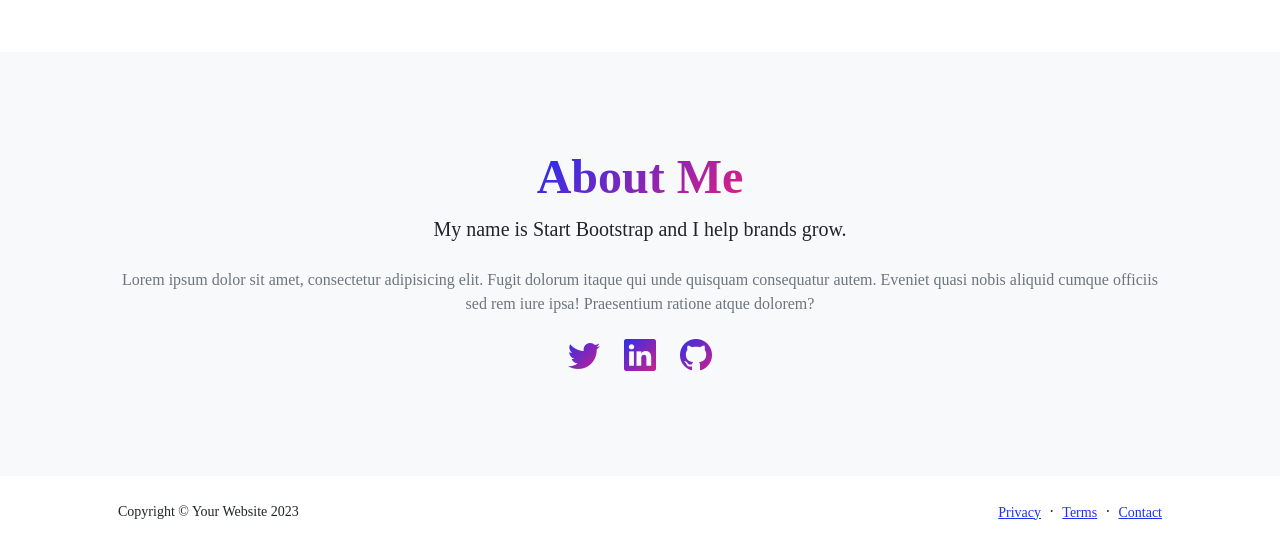
Repository: HananeChh/portfolio
Page: dist/index.html
These files come from the project's save history. The page is drawn as it stood at one moment and after a run of saves; the edit follows.
The browser window is 1280 px wide. The pictures show the part of the page from y = 587 to 1135 px (the page is 1135 px tall).
A picture or video elsewhere on the page could not be fetched, so the positions and the page height are approximate. Some web fonts or font styles are not loaded; a fallback is used.

Above is the page before, as saved 2024-09-30 22:16:08.

After the next 2 saves:
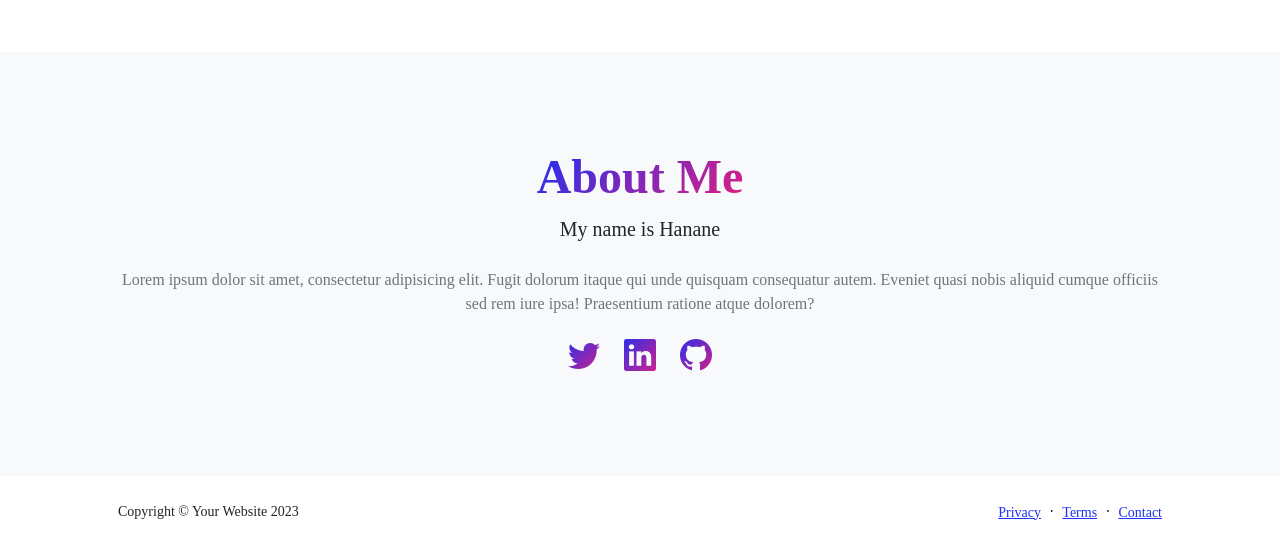
The 2 saves are shown as one change because they came seconds apart.
The last was saved 21 min 43 s later.
--- a/dist/index.html
+++ b/dist/index.html
@@ -178,7 +178,7 @@
                         <div class="col-xxl-8">
                             <div class="text-center my-5">
                                 <h2 class="display-5 fw-bolder"><span class="text-gradient d-inline">About Me</span></h2>
-                                <p class="lead fw-light mb-4">My name is Start Bootstrap and I help brands grow.</p>
+                                <p class="lead fw-light mb-4">My name is Hanane </p>
                                 <p class="text-muted">Lorem ipsum dolor sit amet, consectetur adipisicing elit. Fugit dolorum itaque qui unde quisquam consequatur autem. Eveniet quasi nobis aliquid cumque officiis sed rem iure ipsa! Praesentium ratione atque dolorem?</p>
                                 <div class="d-flex justify-content-center fs-2 gap-4">
                                     <a class="text-gradient" href="#!"><i class="bi bi-twitter"></i></a>
